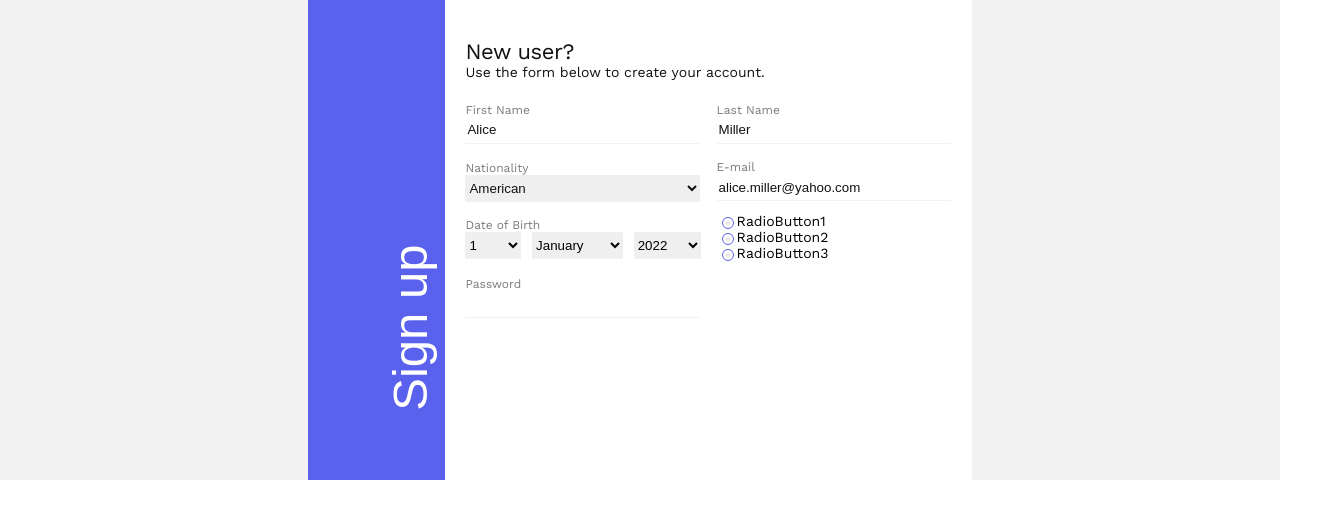
Repository: MorgunovaAlexandra/forma
Page: index.html
An editor plug-in stored every save of this project. The page is shown before and after the next save, followed by the edit.
The browser window is 1280 px wide. The page is 1342 px wide, so the pictures cover 1342 px, including what lies to the right of the window. The pictures show the whole page.
Some web fonts or font styles are not loaded; a fallback is used.

Above is the page before, as saved 2022-07-18 17:12:05.

### index.html
<!DOCTYPE html>
<html lang="en">
<head>
    <meta charset="UTF-8">
    <meta http-equiv="X-UA-Compatible" content="IE=edge">
    <meta name="viewport" content="width=device-width, initial-scale=1.0">
    <link href="https://fonts.googleapis.com/icon?family=Material+Icons"
      rel="stylesheet">
    <link rel="stylesheet" href="./style.css"></link>
    <title>Document</title>
</head>
<body>
    <div class="wrapper">
       <Sidebar class="sidebar">
        <div class="sidebar__title">Sign up</div>
       </Sidebar>
        <div class="main">
            <div class="main__header">New user?</div>
            <div class="main__text">Use the form below to create your account.</div>
            <div class="form">
            <div class="ride__side">
                <form>

                    <label class="text-field__label" for="name">First Name</label>
                    <input class="text-field__input" type="text" placeholder="Alice" id="name">
                    <label class="text-field__label nation" for="nationality">Nationality</label>
                    <select  class="text-field__input"name="user_profile_color_1" id="nationality">
                        <option value="1">American</option>
                        <option value="2">Belarus</option>
                        <option value="3">Russia</option>
                        <option value="4">German</option>
                      </select>
                      <div class="fallbackDatePicker">
                        <span>
                          <label  class="text-field__label birdth" for="day">Date of Birth</label>
                          <select class="field__day" id="day" name="day">
                          </select>
                        </span>
                        <span>

                          <select  class="field__mounth" id="day" name="month">
                            <option selected>January</option>
                            <option>February</option>
                            <option>March</option>
                            <option>April</option>
                            <option>May</option>
                            <option>June</option>
                            <option>July</option>
                            <option>August</option>
                            <option>September</option>
                            <option>October</option>
                            <option>November</option>
                            <option>December</option>
                          </select>
                        </span>
                        <span>
                          <select  class="year" id="day" name="year">
                          </select>
                        </span>

                      </div>
                      <label class="text-field__label pass" for="password">Password</label>
                      <input class="text-field__input" type="password" id="password">
            </div>
            <div class="left__side">
                <label class="text-field__label" for="name">Last Name</label>
                <input class="text-field__input" type="text" placeholder="Miller" id="name">
                <div class="emailInput">
                    <label class="text-field__label label-email" for="email">E-mail</label>
                    <input class="input__email" type="email" id='email'name="email" required placeholder="alice.miller@yahoo.com">
                    <img  class="img__done" src="./svg/Shape.svg">
                </div>
                <div class="radioInput">
                    <div class="flex">
                        <input type="radio" name="radio" id="radio1" />
                        <label for="radio1">RadioButton1</label>
                      </div>
                      <div class="flex">
                        <input type="radio" name="radio" id="radio2" />
                        <label for="radio2">RadioButton2</label>
                      </div>
                      <div class="flex">
                        <input type="radio" name="radio" id="radio3" />
                        <label for="radio3">RadioButton3</label>
                      </div>
                </div>


            </div>

            </form>
        </div>
        </div>
    </div>
    <script src="https://code.jquery.com/jquery-3.4.1.slim.min.js"></script>
    <script src="./emaiValidater.js"></script>
    <script src="./script.js"></script>
</body>
</html>

### style.css
@import url('https://fonts.googleapis.com/css2?family=PT+Sans&display=swap');
@import url('https://fonts.googleapis.com/css2?family=Work+Sans:wght@200;300;400&display=swap');
*,
*::before,
*::after {
  box-sizing: border-box;
}

/* Убираем внутренние отступы */
ul[class],
ol[class] {
  padding: 0;
}

/* Убираем внешние отступы */
body,
h1,
h2,
h3,
h4,
p,
ul[class],
ol[class],
li,
figure,
figcaption,
blockquote,
dl,
dd {
  margin: 0;
}
body{
  font-family: 'Work Sans', sans-serif;
  font-size: 14px;
}
.wrapper{
  display: flex;
  background-color: #F2F2F2;
  justify-content: center;
}
.sidebar{
    width: 137.2px;
    height: 480px;
    background-color: #5A61ED;
    display: block;
    position: relative;
}
.sidebar__title{
  -webkit-transform: rotate(-90deg);
  -moz-transform: rotate(-90deg);
  -o-transform: rotate(-90deg);
  -ms-transform: rotate(-90deg);
  transform: rotate(-90deg);
  position: absolute;
  top:296.02px;
  left: 20.5px;
  font-size: 49px;
  font-weight: 400;
  line-height: 63.41px;
  color:
  #FFFFFF;
  font-family: 'PT Sans', sans-serif;
  white-space:nowrap;
  }
  .main{
    width: 527.8px;
    height:480px;
    background-color: white;
  }


  /*main*/
  .main{

    padding-top: 38.52px;
    padding-left: 20.8px;
  }
  .form{
    display: flex;

  }
  .main__header{
    font-size: 22px;
    line-height: 25.78px;
    letter-spacing: -0.46px;
    color: #111111;
  }
  .main__text{
    line-height: 16.41px;
    color: #111111;
    margin-bottom: 20px;
  }
  .text-field__input{
    display: block;
    width: 234.5px;
    border-top: 0px;
    border-left: 0px;
    border-right: 0px;
    border-bottom: 0.7px solid #F2F2F2;
    height: 27.2px;
    padding-top: 4.9px;
    padding-bottom: 6.3px;
    color: #111111;
  }
input::placeholder {
  color: #111111 !important;
}
.text-field__label{
  color:#7C7C7C;
  font-size: 12px;
  line-height: 14.06px;
}
.nation{
  display: block;
  margin-top: 16.8px;
}
.field__day{
  width: 56px;
  padding-left: 0;
  height: 26.9px;
  border-top: 0px;
    border-left: 0px;
    border-right: 0px;
    border-bottom: 0.7px solid #F2F2F2;
}
.field__mounth{
  margin-left: 5.8px;
  width: 91px;
  height: 26.9px;
  border-top: 0px;
    border-left: 0px;
    border-right: 0px;
    border-bottom: 0.7px solid #F2F2F2;
}
.year{
  margin-left: 5.8px;
  width: 67.67px;
  height: 26.9px;
  border-top: 0px;
    border-left: 0px;
    border-right: 0px;
    border-bottom: 0.7px solid #F2F2F2;
}
.birdth{
  display: block;
  margin-top: 16.3px;
}


/*-----password---*/
.pass{
  display: block;
  margin-top: 17.4px;
}

/*-------------left-side------------*/
.left__side{
margin-left: 15.3px;
}

.label-email{
  display: block;
  margin-top: 16.37px;
}
.input__email{
  height: 26.92px;
  width: 234.5px;
  border-top: 0px;
    border-left: 0px;
    border-right: 0px;
    border-bottom: 0.7px solid #F2F2F2;
    position: absolute;
    background-color: white;
}
.emailInput{
  position: relative;
}
.img__done{
  position: absolute ;
  left: 225px;
  opacity: 0;
}
.input__email:invalid:required {

}
.input__email:valid{


}
.radioInput{
  display: block;
  position: relative;
  top:39px
}
.title__radio{
  margin-bottom: 5.3px;

}
.label__Male{
  padding-right: 19px;
}

/*----input type=radio=======*/
input[type="radio"] {
  /* remove standard background appearance */
  -webkit-appearance: none;
  -moz-appearance: none;
  appearance: none;
  /* create custom radiobutton appearance */
  display: inline-block;
  width: 12px;
  height: 12px;
  padding: 3px;
  /* background-color only for content */
  background-clip: content-box;
  border: 0.7px solid #5A61ED;
  background-color: #e7e6e7;
  border-radius: 50%;
}

/* appearance for checked radiobutton */
input[type="radio"]:checked {
  background-color:
  #5A61ED;
}

/* optional styles, I'm using this for centering radiobuttons */
.flex {
  display: flex;
  align-items: center;
}

### emaiValidater.js
$(document).ready(function(){
    $('.emailInput').each(function(index,emailInput){
      let inputElement=$(emailInput).find('input');
      $(inputElement).on('focus',function(){
        $(this).removeClass("blurred")
      }).on('blur',function(){
        $(this).addClass("blurred")
      })
    })
})

### script.js
const year=document.querySelector('.year')
const day=document.querySelector('#day')
const email=document.querySelector('#email')
const imgVector=document.querySelector('.img__done')
let options

for(let i=1;i<32;i++){
 options=document.createElement('option')
 day.appendChild(options);
 options.innerHTML=`${i}`
}
for(let i=2022;i>1960;i--){
    options=document.createElement('option')
    year.appendChild(options);
    options.innerHTML=`${i}`
}
document.addEventListener('click',()=>{
    if(email.matches(':valid')){
        imgVector.style.opacity=1
        email.style.backgroundColor='white'
        email.style.color='#111111';
        email.style.borderBottomColor='#F2F2F2';
    }
    else{
        email.style.borderBottomColor='red';
        email.style.color='red';
    }
})

After the next save:
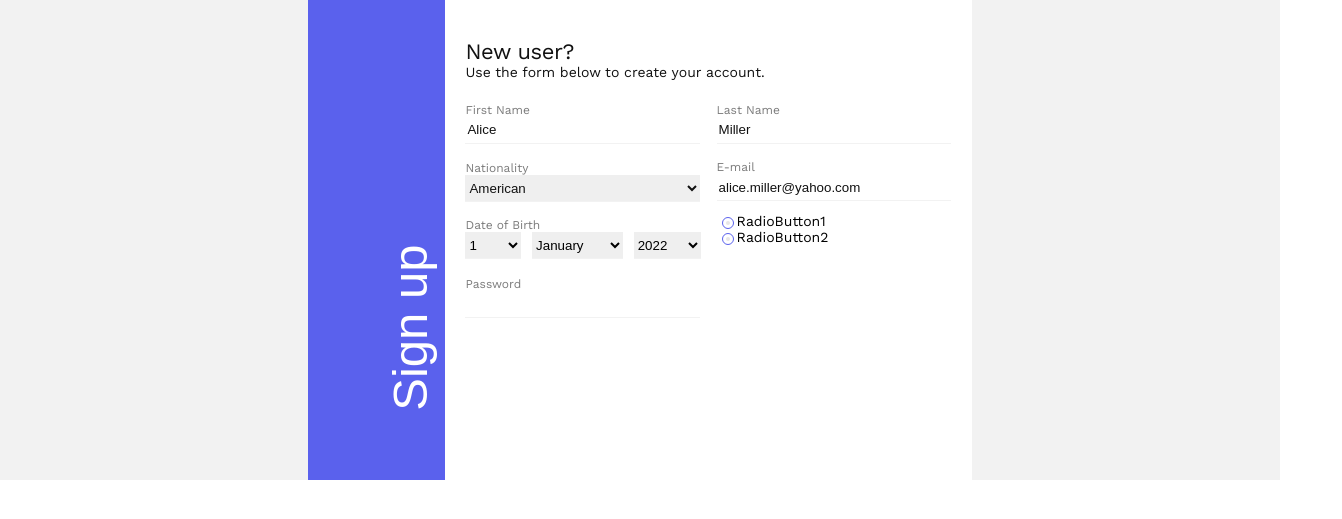
Saved 16 s later.
--- a/index.html
+++ b/index.html
@@ -79,10 +79,7 @@
                         <input type="radio" name="radio" id="radio2" />
                         <label for="radio2">RadioButton2</label>
                       </div>
-                      <div class="flex">
-                        <input type="radio" name="radio" id="radio3" />
-                        <label for="radio3">RadioButton3</label>
-                      </div>
+
                 </div>
 
 
